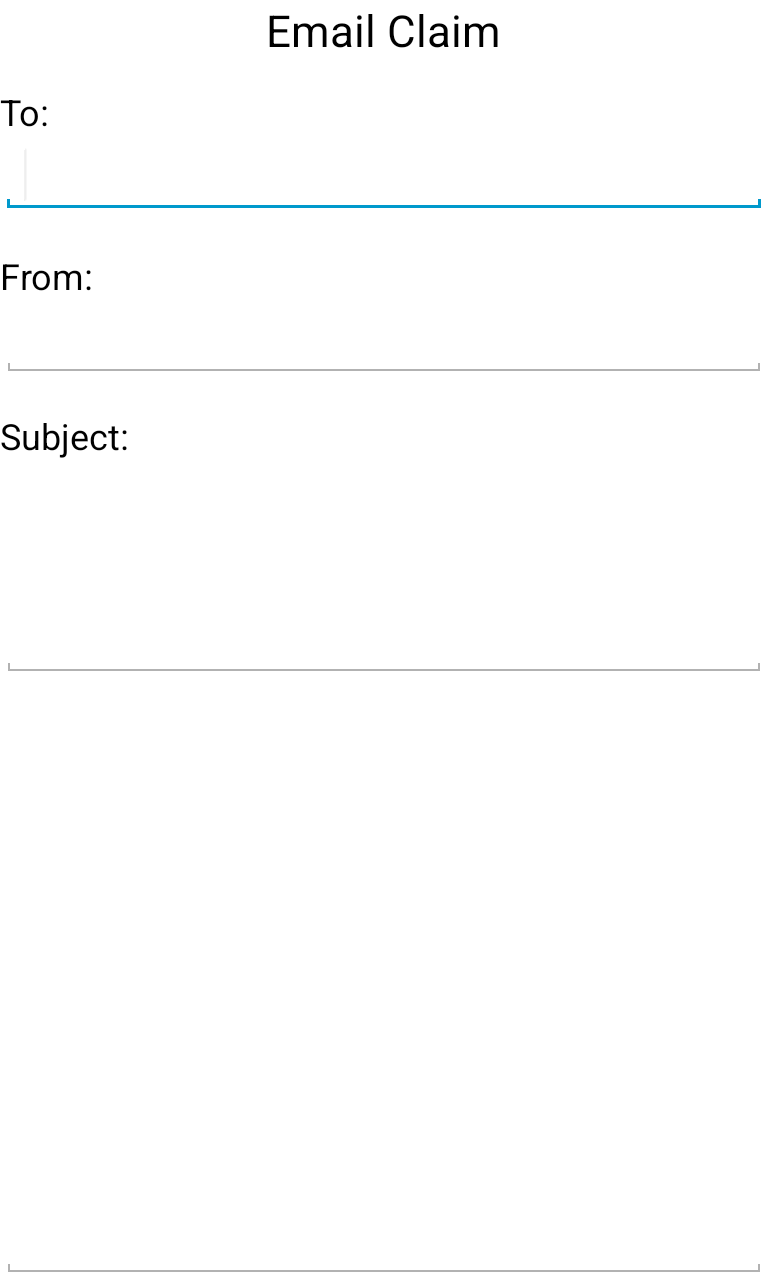
Repository: ReverseOni/Assignment1
Layout: MamesserAssign1/res/layout/email_claim.xml
The author's editor kept a copy of each file at every save. The layout is drawn from the files as they stood at one save, then again after the next save.
It is drawn on a 768 x 1280 px phone screen (xhdpi) without system bars, with theme AppTheme; the app's code is not run.

Above is the layout before, as saved 2015-01-24 19:52:22.

### MamesserAssign1/res/layout/email_claim.xml
<?xml version="1.0" encoding="utf-8"?>
<RelativeLayout xmlns:android="http://schemas.android.com/apk/res/android"
    android:layout_width="match_parent"
    android:layout_height="match_parent" >

    <TextView
        android:id="@+id/EmailTitle"
        android:layout_width="wrap_content"
        android:layout_height="wrap_content"
        android:layout_alignParentTop="true"
        android:layout_centerHorizontal="true"
        android:text="Email Claim"
        android:textAppearance="?android:attr/textAppearanceLarge" />

    <TextView
        android:id="@+id/EmailToTitle"
        android:layout_width="wrap_content"
        android:layout_height="wrap_content"
        android:layout_alignParentLeft="true"
        android:layout_below="@+id/EmailTitle"
        android:layout_marginTop="14dp"
        android:text="To:"
        android:textAppearance="?android:attr/textAppearanceMedium" />

    <EditText
        android:id="@+id/EmailToText"
        android:layout_width="wrap_content"
        android:layout_height="wrap_content"
        android:layout_alignParentLeft="true"
        android:layout_alignParentRight="true"
        android:layout_below="@+id/EmailToTitle"
        android:ems="10"
        android:inputType="textEmailAddress" >

        <requestFocus />
    </EditText>

    <TextView
        android:id="@+id/EmailFromTitle"
        android:layout_width="wrap_content"
        android:layout_height="wrap_content"
        android:layout_alignParentLeft="true"
        android:layout_below="@+id/EmailToText"
        android:layout_marginTop="18dp"
        android:text="From:"
        android:textAppearance="?android:attr/textAppearanceMedium" />

    <EditText
        android:id="@+id/EmailFromText"
        android:layout_width="wrap_content"
        android:layout_height="wrap_content"
        android:layout_alignParentLeft="true"
        android:layout_alignParentRight="true"
        android:layout_below="@+id/EmailFromTitle"
        android:ems="10"
        android:inputType="textEmailAddress" />

    <TextView
        android:id="@+id/EmailSubjectTitle"
        android:layout_width="wrap_content"
        android:layout_height="wrap_content"
        android:layout_alignParentLeft="true"
        android:layout_below="@+id/EmailFromText"
        android:layout_marginTop="16dp"
        android:text="Subject:"
        android:textAppearance="?android:attr/textAppearanceMedium" />

    <EditText
        android:id="@+id/EmailSubjectLineText"
        android:layout_width="wrap_content"
        android:layout_height="wrap_content"
        android:layout_alignParentLeft="true"
        android:layout_alignParentRight="true"
        android:layout_centerVertical="true"
        android:ems="10" />

    <EditText
        android:id="@+id/EmailDescriptionText"
        android:layout_width="wrap_content"
        android:layout_height="wrap_content"
        android:layout_alignParentBottom="true"
        android:layout_alignParentLeft="true"
        android:layout_alignParentRight="true"
        android:layout_below="@+id/EmailSubjectLineText"
        android:layout_marginTop="15dp"
        android:ems="10"
        android:inputType="textMultiLine" />

</RelativeLayout>

Loaded but not shown: MamesserAssign1/res/values/styles.xml (common file); MamesserAssign1/res/values-v11/styles.xml (common file); MamesserAssign1/res/values-v14/styles.xml (common file)

After the next save:
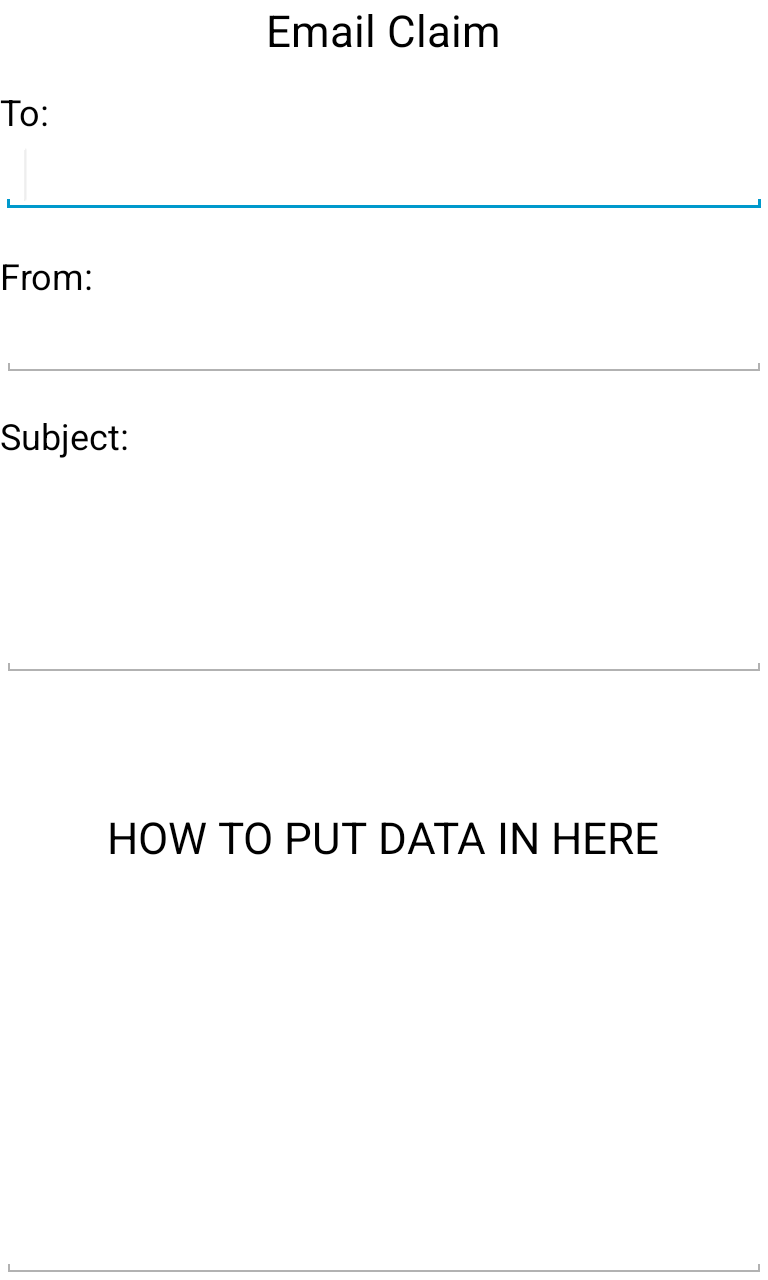
Saved 39 s later.
--- a/MamesserAssign1/res/layout/email_claim.xml
+++ b/MamesserAssign1/res/layout/email_claim.xml
@@ -86,4 +86,14 @@
         android:ems="10"
         android:inputType="textMultiLine" />
 
+    <TextView
+        android:id="@+id/textView1"
+        android:layout_width="wrap_content"
+        android:layout_height="wrap_content"
+        android:layout_alignTop="@+id/EmailDescriptionText"
+        android:layout_centerHorizontal="true"
+        android:layout_marginTop="49dp"
+        android:text="HOW TO PUT DATA IN HERE"
+        android:textAppearance="?android:attr/textAppearanceLarge" />
+
 </RelativeLayout>
